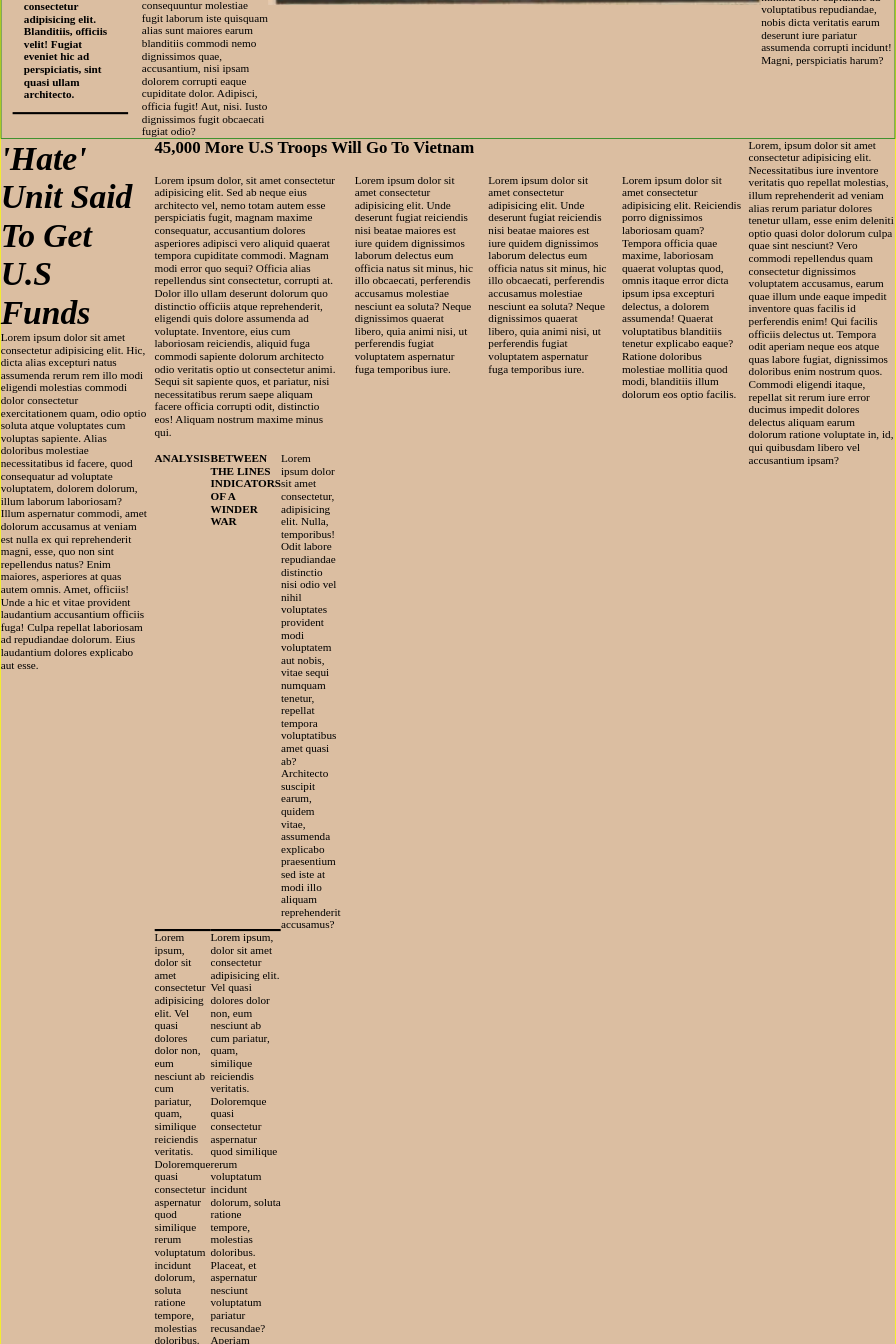
Repository: Arkitecth/newspaper-grid
Page: index.html
These files come from the project's save history. The page is drawn as it stood at one moment and after the next save; the edit follows.
The browser window is 1280 px wide. The pictures show the part of the page from y = 1043 to 2963 px (the page is 3166 px tall before and 3850 px after), at 70% of full size.

Above is the page before, as saved 2023-05-29 21:05:00.

After the next save:
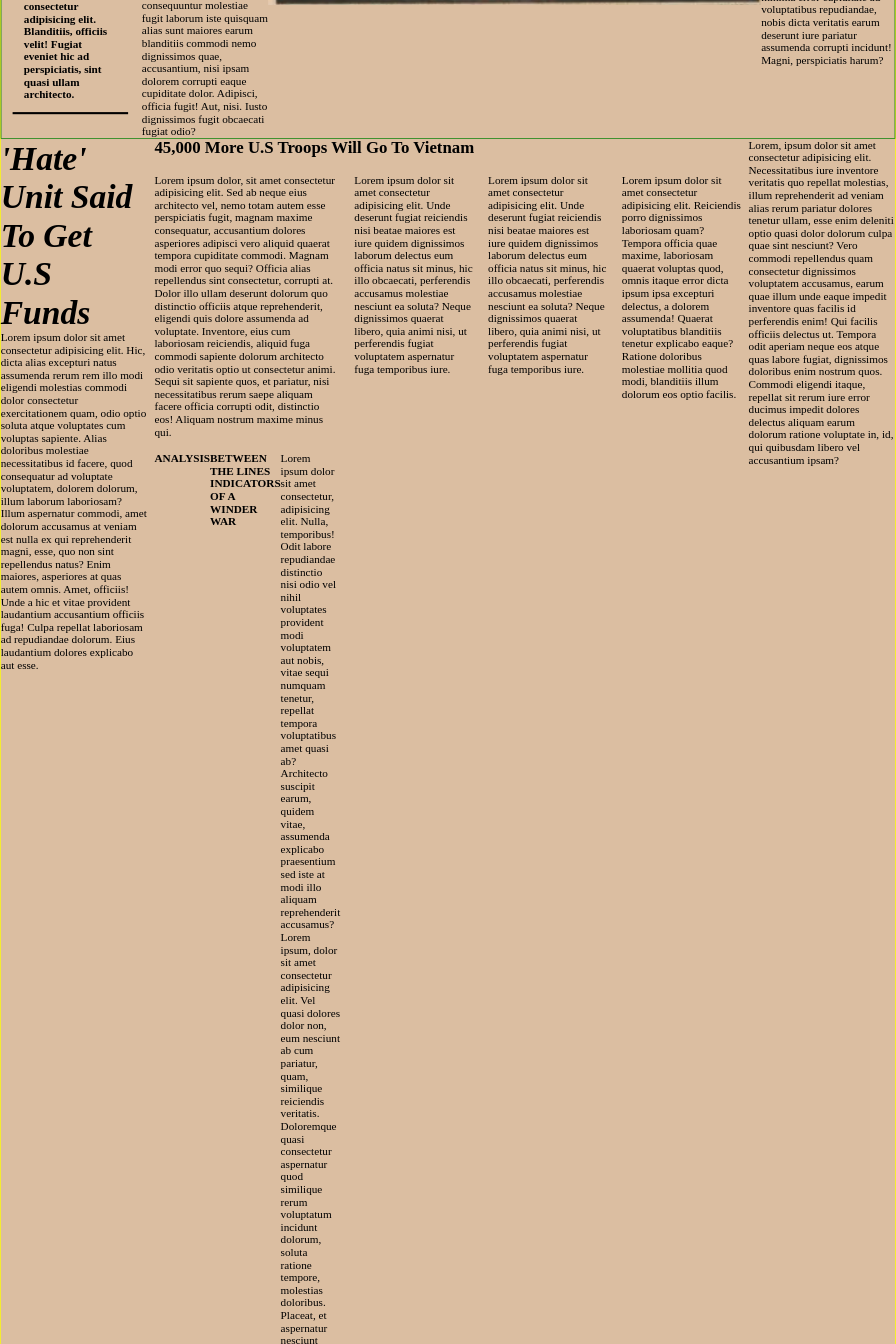
Saved 3 min 10 s later.
--- a/index.html
+++ b/index.html
@@ -66,9 +66,12 @@
                         <div class="bottom-grid">
                             <h4>Analysis</h4>
                             <h4>Between the Lines Indicators of a Winder War</h4>
-                            <p>Lorem ipsum dolor sit amet consectetur, adipisicing elit. Nulla, temporibus! Odit labore repudiandae distinctio nisi odio vel nihil voluptates provident modi voluptatem aut nobis, vitae sequi numquam tenetur, repellat tempora voluptatibus amet quasi ab? Architecto suscipit earum, quidem vitae, assumenda explicabo praesentium sed iste at modi illo aliquam reprehenderit accusamus?</p>
-                            <p>Lorem ipsum, dolor sit amet consectetur adipisicing elit. Vel quasi dolores dolor non, eum nesciunt ab cum pariatur, quam, similique reiciendis veritatis. Doloremque quasi consectetur aspernatur quod similique rerum voluptatum incidunt dolorum, soluta ratione tempore, molestias doloribus. Placeat, et aspernatur nesciunt voluptatum pariatur recusandae? Aperiam suscipit quo qui accusantium voluptate!</p>
-                            <p>Lorem ipsum, dolor sit amet consectetur adipisicing elit. Vel quasi dolores dolor non, eum nesciunt ab cum pariatur, quam, similique reiciendis veritatis. Doloremque quasi consectetur aspernatur quod similique rerum voluptatum incidunt dolorum, soluta ratione tempore, molestias doloribus. Placeat, et aspernatur nesciunt voluptatum pariatur recusandae? Aperiam suscipit quo qui accusantium voluptate!</p>
+                            <div class="last-row">
+                                <p>Lorem ipsum dolor sit amet consectetur, adipisicing elit. Nulla, temporibus! Odit labore repudiandae distinctio nisi odio vel nihil voluptates provident modi voluptatem aut nobis, vitae sequi numquam tenetur, repellat tempora voluptatibus amet quasi ab? Architecto suscipit earum, quidem vitae, assumenda explicabo praesentium sed iste at modi illo aliquam reprehenderit accusamus?</p>
+                                <p>Lorem ipsum, dolor sit amet consectetur adipisicing elit. Vel quasi dolores dolor non, eum nesciunt ab cum pariatur, quam, similique reiciendis veritatis. Doloremque quasi consectetur aspernatur quod similique rerum voluptatum incidunt dolorum, soluta ratione tempore, molestias doloribus. Placeat, et aspernatur nesciunt voluptatum pariatur recusandae? Aperiam suscipit quo qui accusantium voluptate!</p>
+                                <p>Lorem ipsum, dolor sit amet consectetur adipisicing elit. Vel quasi dolores dolor non, eum nesciunt ab cum pariatur, quam, similique reiciendis veritatis. Doloremque quasi consectetur aspernatur quod similique rerum voluptatum incidunt dolorum, soluta ratione tempore, molestias doloribus. Placeat, et aspernatur nesciunt voluptatum pariatur recusandae? Aperiam suscipit quo qui accusantium voluptate!</p>
+                            </div>
+
                         </div>
 
                     </div>
